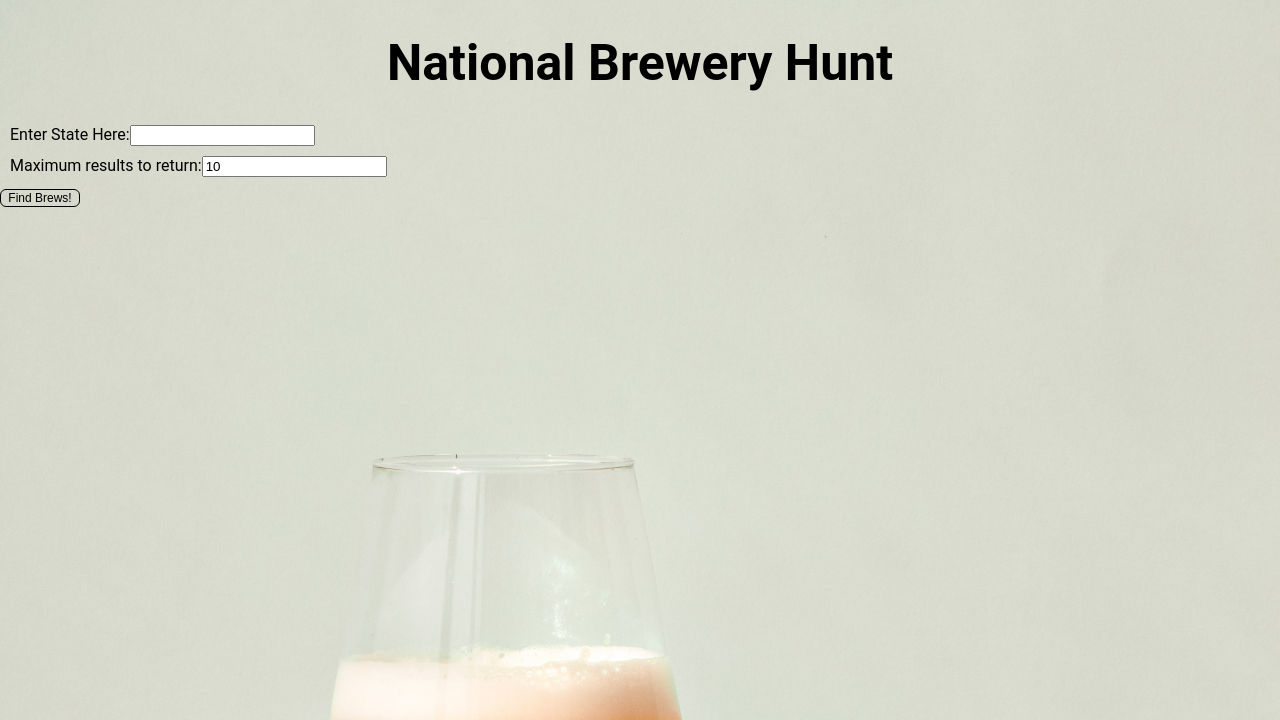
Repository: kaitlynMidori/searchBrews
Page: index.html
An editor plug-in stored every save of this project. The page is shown before and after the next save, followed by the edit.
The browser window is 1280 px wide. The pictures show the whole page.

Above is the page before, as saved 2021-01-08 14:03:59.

### index.html
<!DOCTYPE html>
<html lang="en">

<head>
    <meta charset="UTF-8" />
    <meta name="viewport" content="width=device-width, initial-scale=1.0" />
    <meta http-equiv="X-UA-Compatible" content="ie=edge" />
    <title>National Brewery Hunt</title>
    <link rel="stylesheet" href="style.css" />
</head>

<body>
    <div id="container">
        <h1>National Brewery Hunt</h1>

        <form id="search-form">
            <p>
                <label for="by_state">Enter State Here:</label>
                    <input type="text" name="by_state" id="by_state" required />
            </p>

            <p>
                <label for="max-results">Maximum results to return: </label>
                    <input type="number" name="max-results" id="max-results" value="10" />
            </p>

                <input type="submit" value="Find Brews!" class="submit" />
        </form>

        <p id="error-message"></p>
        <section id="results" class="hidden">
            <h2>Search results</h2>
            <ol id="results-list"></ol>
        </section>
    </div>
    <script src="https://code.jquery.com/jquery-3.3.1.js" integrity="sha256-2Kok7MbOyxpgUVvAk/HJ2jigOSYS2auK4Pfzbm7uH60=" crossorigin="anonymous"></script>
    <script src="app.js"></script>
</body>

</html>
<!-- This app doesn't follow a11y best practices, and the JS file is incomplete. Complete the getBreweries, displayResults, and watchSubmit functions. When you're done, this app should allow a user to search for a state, and display a list of breweries in that state. The list should include the brewery's name and a link to their website. You should make requests to this API: https://www.openbrewerydb.org/ . Make any necessary adjustments to make this app accessible. -->

### style.css

body {
    font-family: "Roboto", sans-serif;
    color: black;
    margin: 0;
    background: cover;
    background-image: url("screenshots/beer.jpg");
    background-repeat: repeat;
    background-size: cover;
    background-color: black;
}

.results-amount {
    border: 1px solid black;
    font-size: 12px;
    text-align: center;
}

.submit {
    border: 1px solid black;
}

.hidden {
    display: none;
}

h1  {
    text-align: center;
    font-size: 50px;
}

/* .search-form {
    text-align: center;
    display: flex;
    flex-direction: column;
    width: auto;
    border: 1px solid black;
    padding: 30px;
    margin-left: 100px;
    margin-right: 100px;
    margin-bottom: 50px;
    border-radius: 8px;
} */

legend {
    text-align: center;
}

p {
    margin: 10px;
    display: flex;
    width: auto;
    justify-content: left;
}

.max-results {
    justify-content: center;
    margin: auto;
}

.results-amount {
    margin: auto;
    width: 50px;
    height: 25px;
    padding: 0px;
    text-align: center;
    margin-bottom: 10px;
    margin-top: 10px;
    border-radius: 6px;
}

.submit {
    background-color: transparent;
    width: 80px;
    height: 18px;
    margin: auto;
    border-radius: 6px;
    padding: 1px;
    font-size: 12px;
}



.submit:hover {
    cursor: pointer;
}

.results-amount:hover {
    cursor: text;
}


/*Results Styling*/

.results-display-container {
    margin: auto;
}

.single-result {
    border: 1px solid rgb(177, 175, 175);
    margin: auto;
    border-radius: 8px;
    box-shadow: -1px 2px rgb(209, 209, 209);
    padding: 15px;
    width: 1000px;
    margin-bottom: 15px;
}

### app.js
"use strict";

const searchURL = ("https://api.openbrewerydb.org/breweries");

 //format query params
function formatQueryParams(params) {
    //return object array with params
   const queryItems = Object.keys(params)
   //produce object map param string key
     .map(key => `${key}=${params[key]}`)
     //return array as string
   return queryItems.join('&');
 }

function displayResults(responseJson, maxResults) {

    // if there are previous results, remove them
    console.log(responseJson);
    $("#results-list").empty();

    // iterate through the data array
    // list brewery name, city, url
    for (let i = 0; i < responseJson.length; i++) {
    $("#results-list").append(`<li class="each-product-result">

    <h3 class="product-name">${responseJson[i].name}</h3>
    <p class="product-price">${responseJson[i].city}</p>
    <p>Brewery page: <a href=${responseJson[i].website_url}>${responseJson[i].website_url}</a></p><br>
    <br>
    </li>`
      )
  };
    //display the results section
    $("#results").removeClass("hidden");
}

//getBreweries function
function getBreweries(query, maxResults) {
    //set API paramaters
    const params = {
        by_state: query,
        per_page: maxResults,
    };
    //declare queryString as formatQueryParams
    const queryString = formatQueryParams(params);
    //declare url to bind user input string to searchUrl
    const url = searchURL + "?" + queryString;
    console.log(url);
    //initiate fetch request using pure promise to get JSON object
    fetch(url)
    //check for resolved promise
        .then((response) => {
            // if response = true
            if (response.ok) {
                //return response object
                return response.json();
            }
            //raise exception to reject promise error and trigger .catch
            throw new Error(response.statusText);
        })
        .then((responseJson) => displayResults(responseJson, maxResults))
        //Catch any errors and return message
        .catch((err) => {
            $("#error-message").text(`Something went wrong: ${err.message}`);
        });
}

function watchForm() {
    // Bind an event handler to the “submit” JavaScript event
    $("form").submit((event) => {
        // If this method is called, the default action of the event will not be triggered.
        event.preventDefault();
        let by_state = $("#by_state").val();
	// by_state = by_state.replace(/\s/g, '');
        const maxResults = $("#max-results").val();
        getBreweries(by_state, maxResults);
    });
}

//call jQuery to pass in callback function when page loads
$(watchForm);

After the next save:
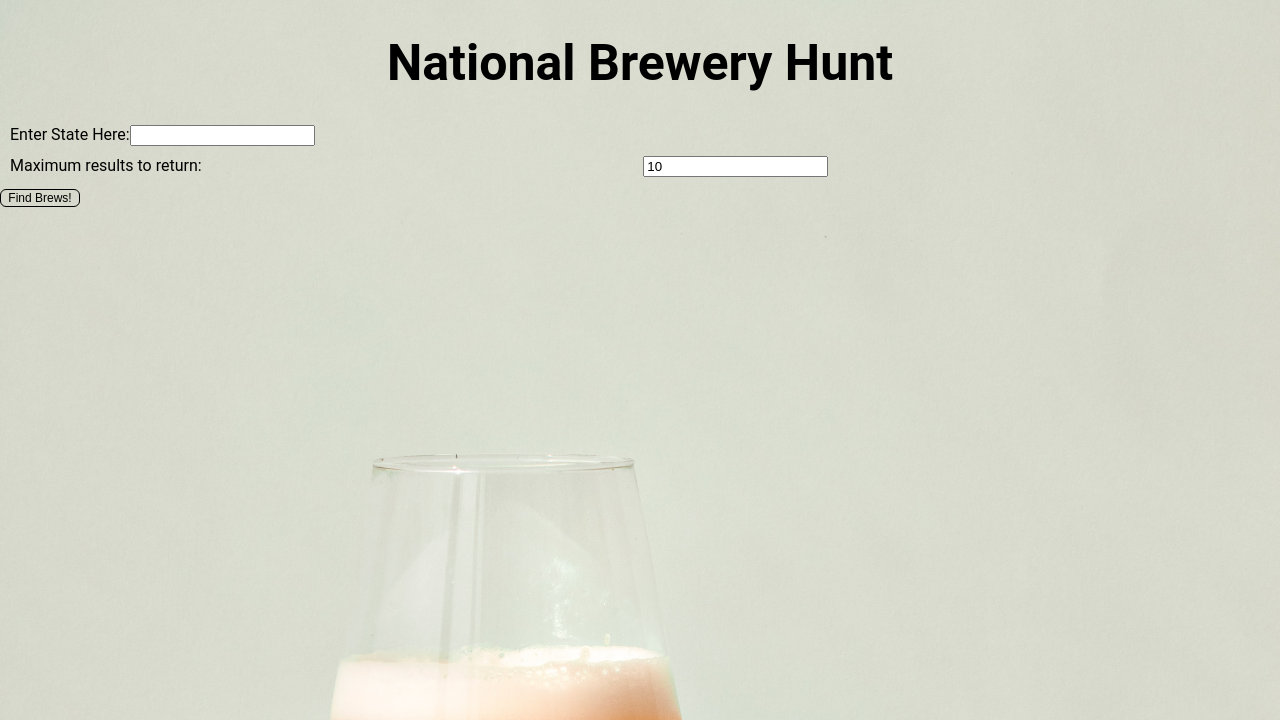
Saved 4 s later.
--- a/style.css
+++ b/style.css
@@ -53,7 +53,7 @@ p {
     justify-content: left;
 }
 
-.max-results {
+#max-results {
     justify-content: center;
     margin: auto;
 }
